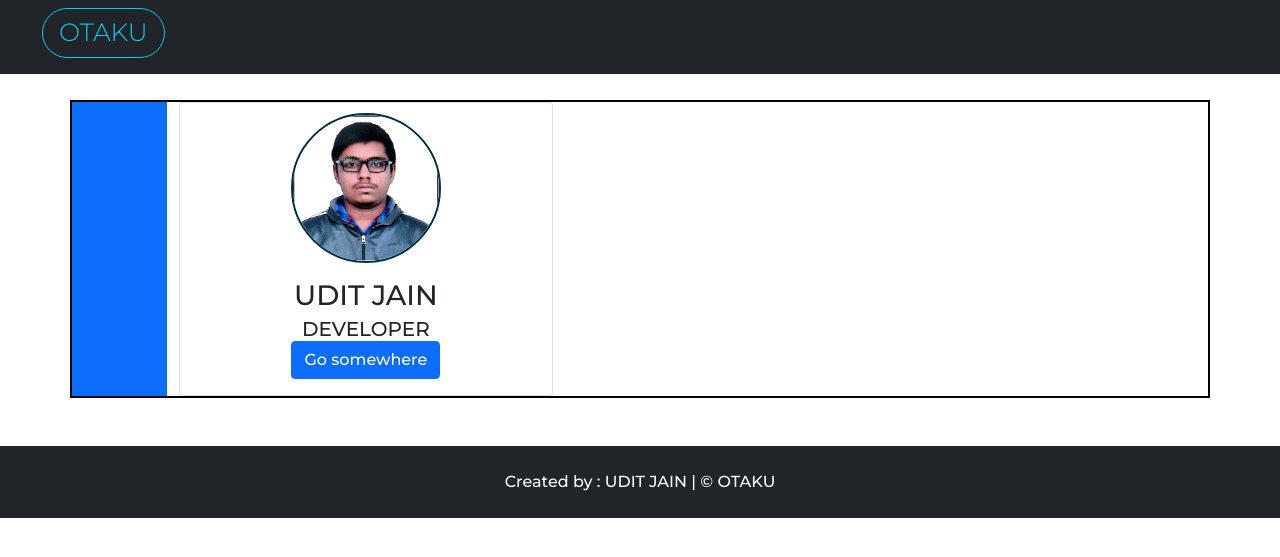
Repository: uditjain100/Responsive-Resume
Page: layouts/index.html
An editor plug-in stored every save of this project. The page is shown before and after the next save, followed by the edit.
The browser window is 1280 px wide. The pictures show the whole page.
Some web libraries are served in a nearby version.

Above is the page before, as saved 2021-03-01 13:48:52.

After the next save:
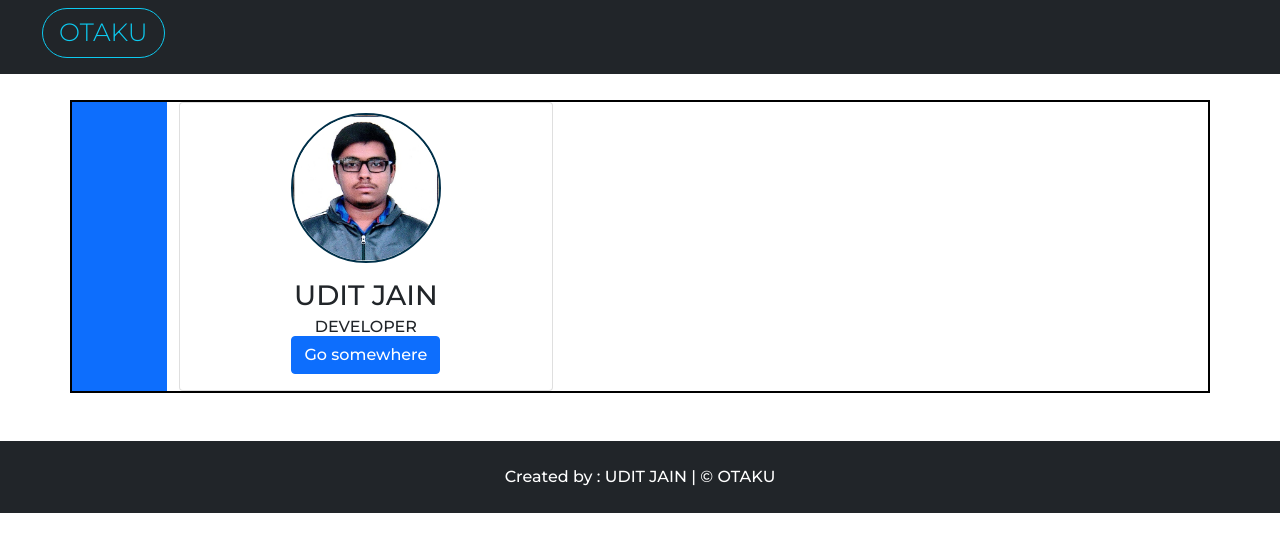
Saved 29 s later.
--- a/layouts/index.html
+++ b/layouts/index.html
@@ -65,7 +65,7 @@
             <img id="profileimg" src="profile.jpg" class="card-img-top" alt="..." />
             <div class="card-body">
               <h3 class="card-title">UDIT JAIN</h5>
-                <h5 class="card-subtitle"> DEVELOPER </h5>
+                <h6 class="card-subtitle"> DEVELOPER </h6>
               <a href="#" class="btn btn-primary">Go somewhere</a>
             </div>
           </div>
